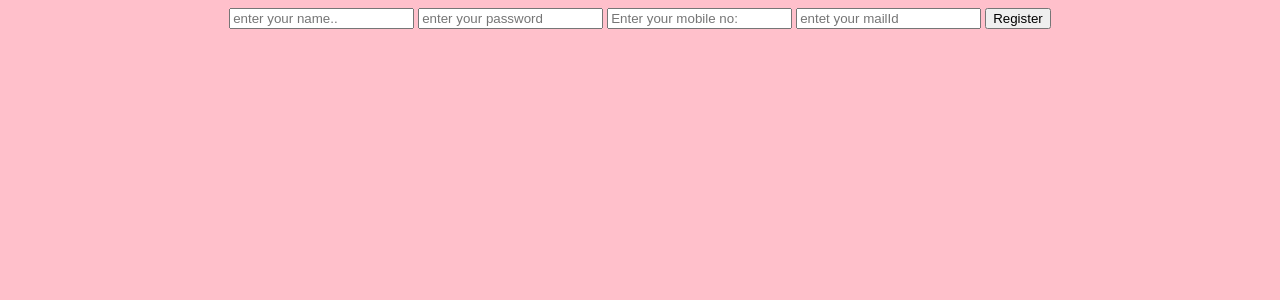
Repository: bpgujjari/Java-Logics
Page: conditional and looping programs/RathanSir/Project-K/src/main/webapp/regstration.html
The author's editor kept a copy of each file at every save. The page is drawn from the files as they stood at one save, then again after the next save.
The browser window is 1280 px wide. The pictures show the whole page.

Above is the page before, as saved 2023-03-12 12:14:38.

After the next save:
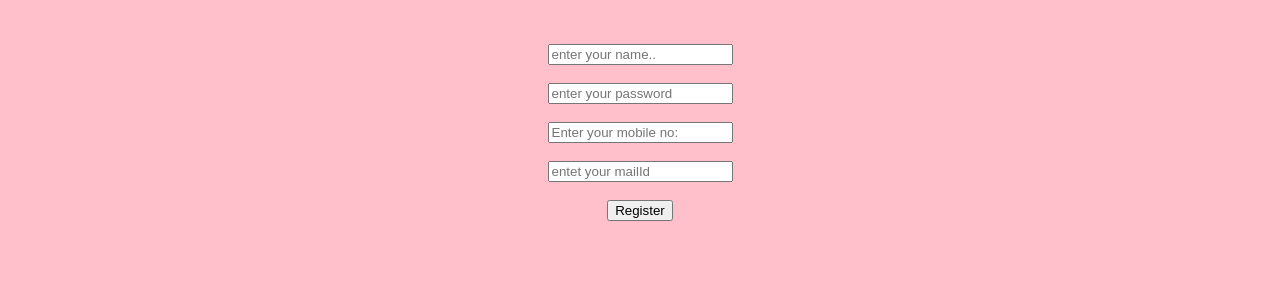
Saved 30 s later.
--- a/conditional and looping programs/RathanSir/Project-K/src/main/webapp/regstration.html
+++ b/conditional and looping programs/RathanSir/Project-K/src/main/webapp/regstration.html
@@ -5,11 +5,11 @@
 <title>Insert title here</title>
 </head>
 <body bgcolor="pink" style="text-align: center;" >
-<form method="post" action="RegServlet" >
-<input type="text" name="name" placeholder="enter your name..">
-<input type="password" name="password" placeholder="enter your password">
-<input type="number" name="number" placeholder="Enter your mobile no:">
-<input type="email" name="email" placeholder="entet your mailId">
+<form method="post" action="RegServlet" ><br><br>
+<input type="text" name="name" placeholder="enter your name.."><br><br>
+<input type="password" name="password" placeholder="enter your password"><br><br>
+<input type="number" name="number" placeholder="Enter your mobile no:"><br><br>
+<input type="email" name="email" placeholder="entet your mailId"><br><br>
 <input type="submit" value="Register">
 </form>
 </body>
